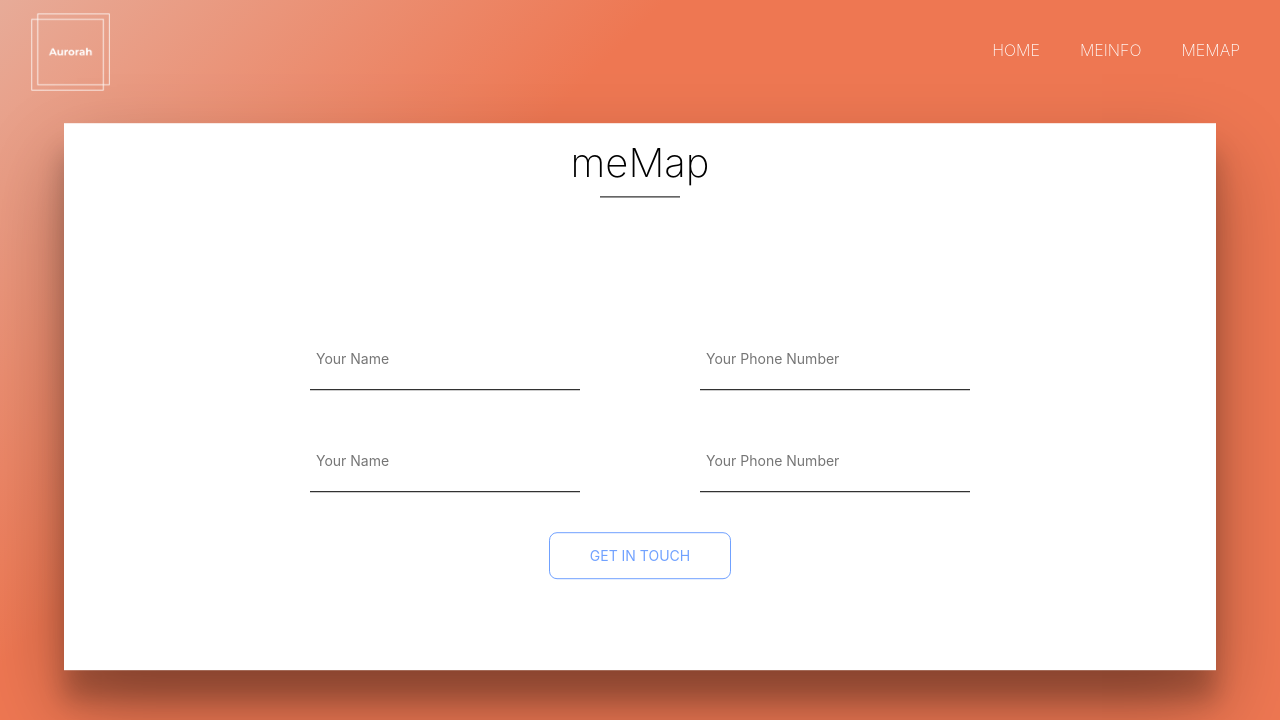
Repository: aasirvalji/saferMe
Page: /alt
The author's editor kept a copy of each file at every save. The page is drawn from the files as they stood at one save, then again after the next save.
The browser window is 1280 px wide. The pictures show the whole page.
The project was rebuilt for these pictures with package versions that can differ from the ones it lists, and the page was loaded fresh each time. Also part of the build but not shown: src/components/Landing.js, src/styles/Services.css, src/components/Services.js, src/styles/MapDisplay.css, src/mapStyles.js, src/components/MapDisplay.js, src/styles/AboutDisplay.css, src/components/AboutDisplay.js and 1 more.

Above is the page before, as saved 2020-02-15 12:53:20.

After the next save:
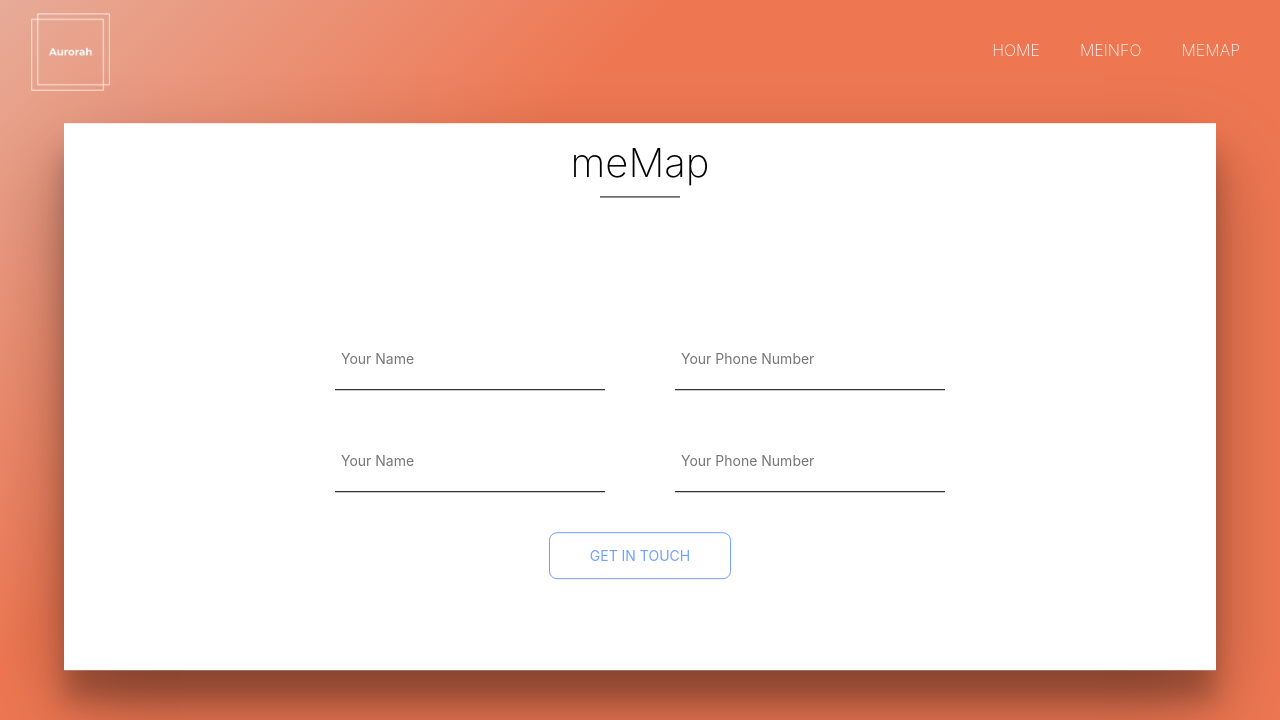
Saved 7 s later.
--- a/src/styles/AltDisplay.css
+++ b/src/styles/AltDisplay.css
@@ -129,7 +129,7 @@
   }
 
   .inner-width{
-    max-width: 700px;
+    max-width: 650px;
     margin: auto;
     padding: 0 20px;
   }
